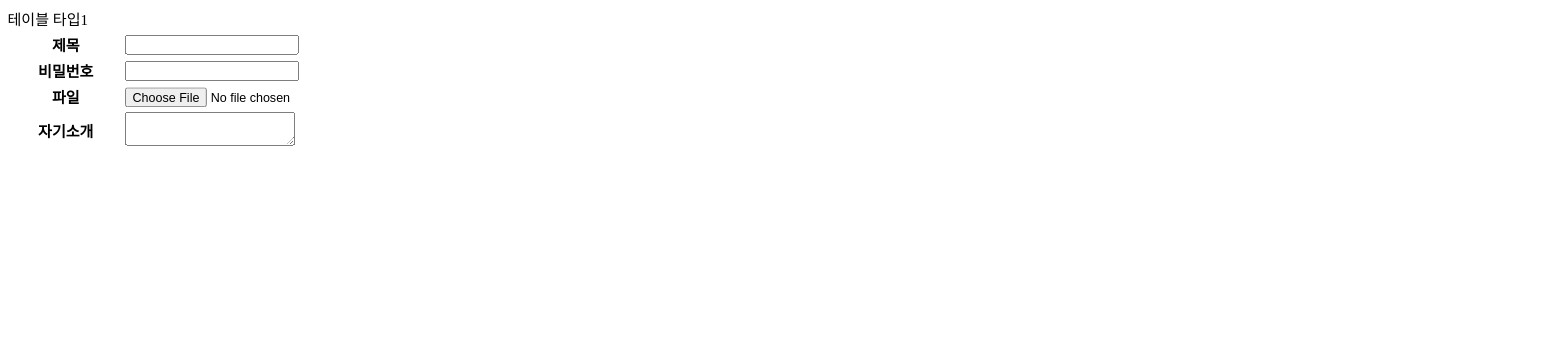
Repository: Jv2020/bitcamp
Page: html/sample05/WebContent/index.html
An editor plug-in stored every save of this project. The page is shown before and after the next save, followed by the edit.
The browser window is 1280 px wide. The page is 1280 px wide, then 1660 px, then 1280 px, so the pictures cover 1660 px, including what lies to the right of the window. The pictures show the whole page, at 94% of full size.

Above is the page before, as saved 2020-01-03 03:49:55.

### html/sample05/WebContent/index.html
<!DOCTYPE html>
<html>
<head>
<meta charset="UTF-8">
<title>Insert title here</title>
</head>
<body>
<table>
	<cation>테이블 타입1</cation>
	<colgroup>
		<col width=120px>
		<col width=*>
	</colgroup>
	<tbody>
		<tr>
			<th scope="row">제목</th>
			<td><input type="text" class="txt"></td>
		</tr>
		<tr>
			<th scope="row">비밀번호</th>
			<td><input type="password" class="txt w200"></td>
		</tr>
		<tr>
			<th scope="row">파일</th>
			<td><input type="file" class="txt w200"></td>
		</tr>
		<tr>
			<th scope="row">자기소개</th>
			<td>
				<div class="textarea_grp">
					<textarea row="20" cols="20"></textarea>
				</div>
			</td>
		</tr>
	</tbody>
</table>
</body>
</html>

After the next save:
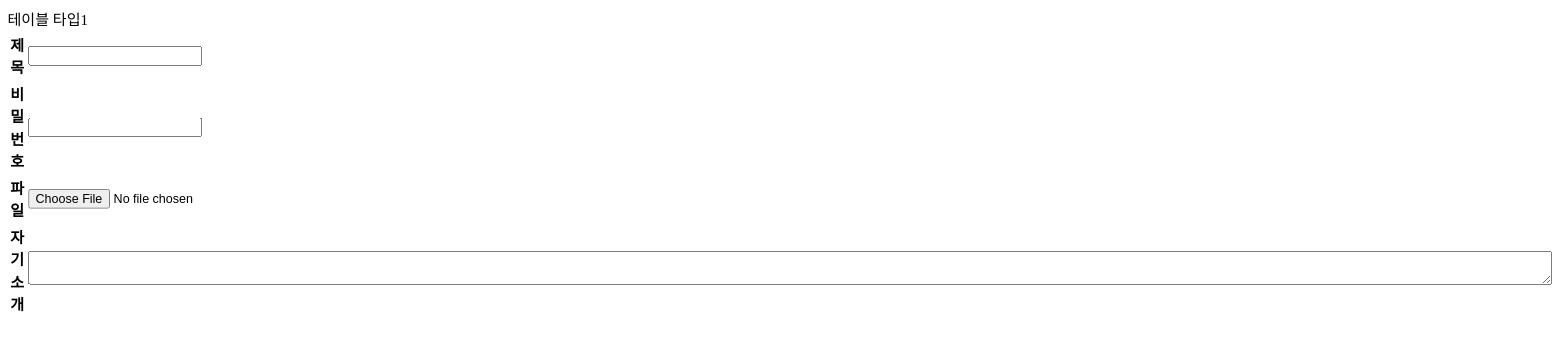
Saved 14 s later.
--- a/html/sample05/WebContent/index.html
+++ b/html/sample05/WebContent/index.html
@@ -28,7 +28,7 @@
 			<th scope="row">자기소개</th>
 			<td>
 				<div class="textarea_grp">
-					<textarea row="20" cols="20"></textarea>
+					<textarea row="20" cols="200"></textarea>
 				</div>
 			</td>
 		</tr>

After the save that followed:
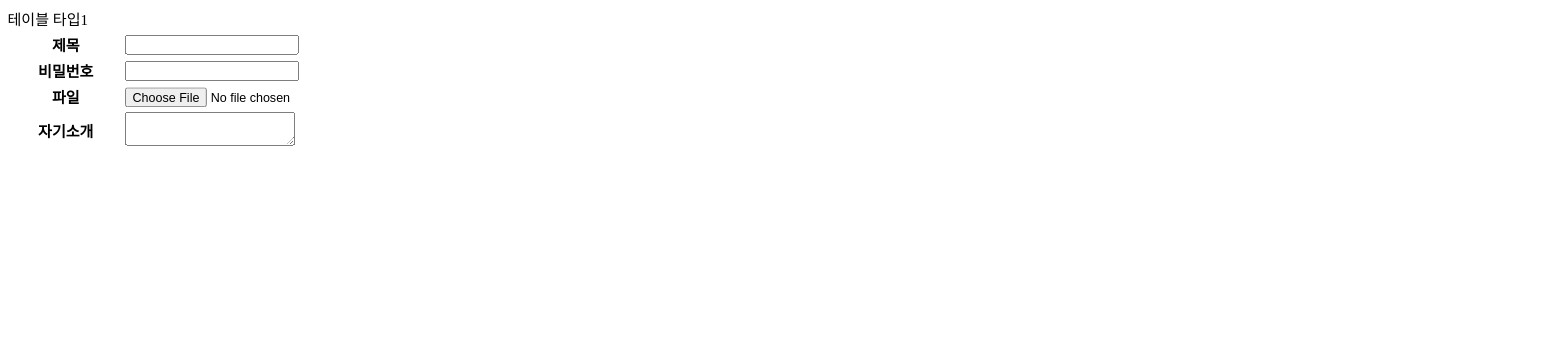
Saved 7 s later.
--- a/html/sample05/WebContent/index.html
+++ b/html/sample05/WebContent/index.html
@@ -28,7 +28,7 @@
 			<th scope="row">자기소개</th>
 			<td>
 				<div class="textarea_grp">
-					<textarea row="20" cols="200"></textarea>
+					<textarea row="20" cols="20"></textarea>
 				</div>
 			</td>
 		</tr>
